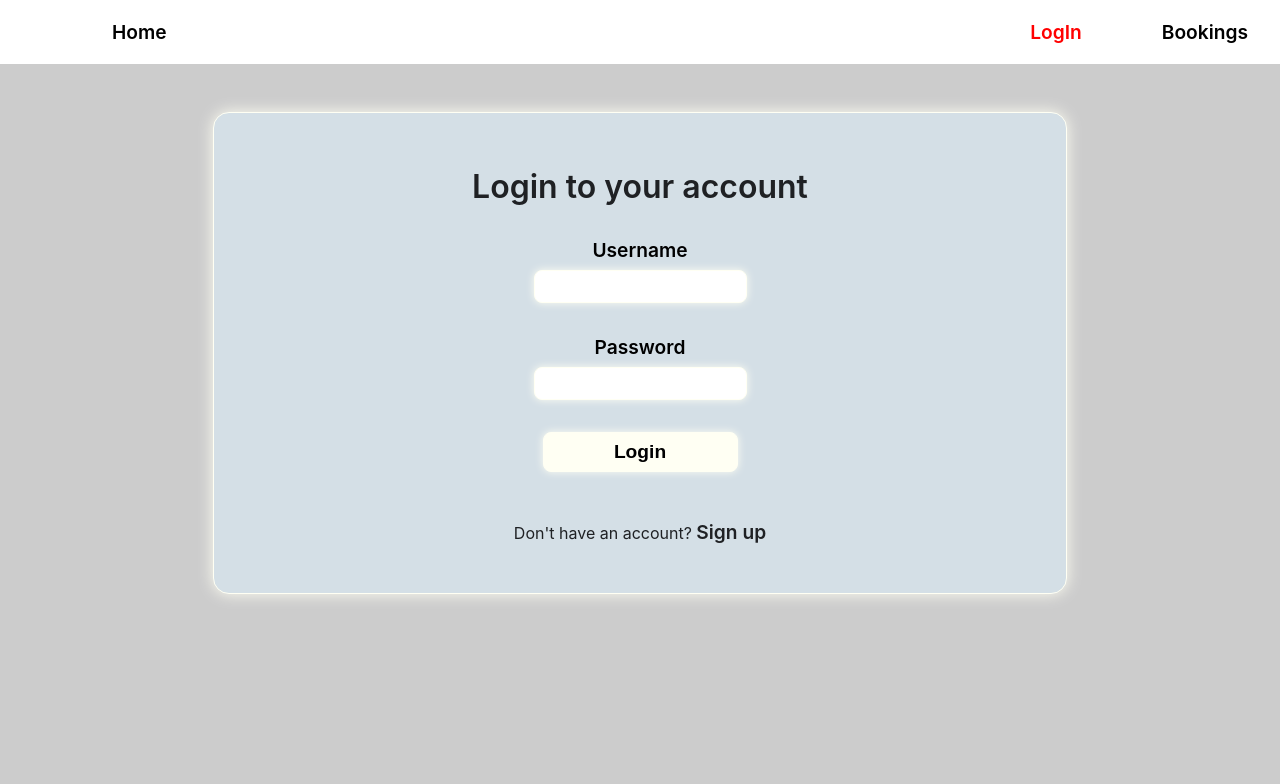
Repository: MikkyPrestige/fake-user-authentication
Page: /login
The author's editor kept a copy of each file at every save. The page is drawn from the files as they stood at one save, then again after the next save.
The browser window is 1280 px wide. The pictures show the whole page.
The project was rebuilt for these pictures with package versions that can differ from the ones it lists, and the page was loaded fresh each time. Also part of the build but not shown: src/assets/styles/home.css, src/components/home.jsx, src/assets/styles/booking.css, src/components/booking.jsx, src/components/fallBack.jsx, src/assets/styles/error.css, src/components/error.jsx, src/profile/signUp.jsx and 2 more.

Above is the page before, as saved 2022-11-24 05:54:29.

### src/index.css
body {
  margin: 0;
  font-family: -apple-system, BlinkMacSystemFont, 'Segoe UI', 'Roboto', 'Oxygen',
    'Ubuntu', 'Cantarell', 'Fira Sans', 'Droid Sans', 'Helvetica Neue',
    sans-serif;
  -webkit-font-smoothing: antialiased;
  -moz-osx-font-smoothing: grayscale;
  /* background-image: url(./assets/img/pattern_blue-1.jpg);
  background-repeat: no-repeat;
  background-size: cover;
  background-position: center;
  background-attachment: fixed; */
}

code {
  font-family: source-code-pro, Menlo, Monaco, Consolas, 'Courier New',
    monospace;
}

### src/App.jsx
import React from "react";
import { ErrorBoundary } from "react-error-boundary";
import { Route, Routes } from "react-router-dom";
import { Home, Navigation, Booking, FallBack, Error } from "./components";
import { Login, User, Logout, SignUp } from "./profile";
import RequireAuth from "./profile/context/require";
import { AuthProvider } from "./profile/context/auth";

function App() {
  return (
    <div className="App">
      <ErrorBoundary FallbackComponent={FallBack}>
        <Navigation />
        <AuthProvider>
        <Routes>
          <Route path="/" element={<Home />} />
          <Route path="/login">
            <Route index element={<Login />} />
          </Route>
          <Route path="/user" element={<RequireAuth><User /></RequireAuth>} />
          <Route path="/logout" element={<Logout />} />
          <Route path="/signUp" element={<SignUp />} />
          <Route path="/booking" element={<Booking />} />
          <Route path="*" element={<Error />} />
        </Routes>
        </AuthProvider>
      </ErrorBoundary>
    </div>
  );
}

export default App;

### src/components/index.js
export { default as Navigation } from "./navigation";
export { default as Home } from "./home";
export { default as Booking } from "./booking";
export { default as FallBack } from "./fallBack";
export { default as Error } from "./error";

### src/profile/index.js
export { default as Login } from "./login";
export { default as Logout } from "./logout";
export { default as SignUp } from "./signUp";
export { default as User } from "./user";

### src/profile/context/auth.jsx
// USER AUTHENTICATION CONTEXT
// This context is used to store the user authentication data and provide it to the rest of the application

import React, { createContext, useState, useContext } from "react";

// Create the context
const AuthContext = createContext({ user: {
  userName: "",
  email: "",
  password: "",
  confirmPassword: ""
} });

// Create the provider
const AuthProvider = ({ children }) => {

  // Create the state
  const [user, setUser] = useState({
    userName: "",
    email: "",
    password: "",
    confirmPassword: ""
  });

  // Login the user
  const login = (userName, password) => {
    setUser({
      userName,
      password
    });
  };

  // Sign up the user
  const signUp = (userName, password, email) => {
    setUser({
      userName,
      password,
      email
    });
  };

  // Logout the user
  const logout = () => {
    setUser({
      userName: "",
      email: "",
      password: "",
      confirmPassword: ""
    });
  };

  // Return the provider
  return (
    <AuthContext.Provider value={{ user, login, signUp, logout }}>
      {children}
    </AuthContext.Provider>
  );
};

// Create the hook
const useAuth = () => useContext(AuthContext);

// Export the provider and the hook
export { AuthProvider, useAuth };

// // Create the provider
// const AuthProvider = ({ children }) => {
//   // Create the state
//   const [user, setUser] = useState(null);

//   // Create the login function
//   const login = (user) => {
//     // Set the user
//     setUser(user);
//   };

//   // Create the logout function
//   const logout = () => {
//     // Set the user
//     setUser(null);
//   };

//   // Create sign up function
//   const signUp = (user) => {
//     // Set the user
//     setUser(user);
//   };

//   // Return the provider
//   return (
//     <AuthContext.Provider value={{ user, login, logout, signUp }}>
//       {children}
//     </AuthContext.Provider>
//   );
// };

// // Context hook
// const useAuth = () => useContext(AuthContext);

// // Export the context and provider
// export { AuthContext, AuthProvider, useAuth };

### src/components/navigation.jsx
// NAVIGATION COMPONENT

import React from "react";
import { NavLink } from "react-router-dom";
import "../assets/styles/navigation.css";

const Navigation = () => {
  return (
    <div className="navigation">
      <nav className="navigation__links">
        <div className="navigation--link">
          <NavLink
            style={({ isActive }) =>
              isActive ? { color: "red" } : { color: "black" }
            }
            to="/"
            className="navigation__link--item"
          >
            Home
          </NavLink>
        </div>
        <div className="navigation__link--wrapper">
          <NavLink
            style={({ isActive }) =>
              isActive ? { color: "red" } : { color: "black" }
            }
            to="/login"
            className="navigation__link--item"
          >
             LogIn
          </NavLink>
          <NavLink
            style={({ isActive }) =>
              isActive ? { color: "red" } : { color: "black" }
            }
            to="/booking"
            className="navigation__link--item"
          >
            Bookings
          </NavLink>
        </div>
      </nav>
    </div>
  );
};

export default Navigation;

### src/profile/login.jsx
// LOGIN COMPONENT - LOGIN PAGE
// This component is the login page for the application. It is a form that allows the user to enter their username and password.

import React, { useState } from "react";
import { useNavigate, useLocation } from "react-router-dom";
import { useAuth } from "./context/auth";
import "../assets/styles/login.css";

const Login = () => {
  const [userName, setUserName] = useState("");
  const [password, setPassword] = useState("");
  const [error, setError] = useState("");
  const auth = useAuth();
  const navigate = useNavigate();
  const location = useLocation();

  // Validate the form
  const validate = () => {
    if (!userName && !password) {
      setError("Please enter a username and password or email.");
      return false;
    } else if (userName === "") {
      setError("Please enter a username.");
      return false;
    } else if (password === "") {
      setError("Please enter a password.");
      return false;
    } else {
      return true;
    }
  };

  // Handle the form login
  const handleLogin = () => {
    if (validate()) {
      auth.login(userName, password);
      navigate(location.state?.from || "/user", { replace: true }); // Redirect the user to the user page after they login successfully.
    }
  };

  // Handle the form submit
  const handleSubmit = (e) => {
    e.preventDefault();
    console.log(userName, password);
    handleLogin();
  };

  // Handle the form change
  const handleChange = (e) => {
    const { name, value } = e.target;
    if (name === "user") {
      setUserName(value);
    } else if (name === "password") {
      setPassword(value);
    }
  };

  return (
    <div className="login">
      <div className="login__container">
      <h1 className="login__title">Login to your account</h1>
      <form onSubmit={handleSubmit} className="login__form">
        <label htmlFor="user" className="login__label">
          Username
        </label>
        <input
          type="text"
          name="user"
          value={userName}
          onChange={handleChange}
          className="login__input"
        />
        <label htmlFor="password" className="login__label">
          Password
        </label>
        <input
          type="password"
          name="password"
          value={password}
          onChange={handleChange}
          className="login__input"
        />
        <button type="submit" className="login__btn">
          Login
        </button>
      </form>
      <p className="login__error">{error}</p>
      <p className="login__links">
        Don't have an account?{" "}
        <a href="/signUp" className="login__link--item">
          Sign up
        </a>
      </p>
      </div>
    </div>
  );
};

export default Login;

### src/profile/logout.jsx
// LOGOUT COMPONENT:
// This component is for the logout page in the app

import { useEffect } from "react";
import { useNavigate } from "react-router-dom";
import { useAuth } from "./context/auth";

const Logout = () => {
  const auth = useAuth();
  const navigate = useNavigate();

  useEffect(() => {
    auth.logout();
    navigate("/");
  });

  return null;
};

export default Logout;

### src/assets/styles/navigation.css
.navigation {
  background-color: #fff;
  height: 4rem;
  position: fixed;
  top: 0;
  width: 100%;
  z-index: 100;
}

.navigation__links {
  display: flex;
  justify-content: space-between;
  align-items: center;
  height: 100%;
  padding: 0 2rem;
}

.navigation__link--item {
  font-size: 1.2rem;
  font-weight: 600;
  text-decoration: none;
}

.navigation--link {
  margin-left: 5rem;
}

.navigation__link--wrapper {
  display: flex;
  align-items: center;
  gap: 5rem;
}

### src/assets/styles/login.css
.login {
    background-color: #ccc;
    margin: 0 auto;
    padding: 2rem;
    height: 100vh;
}

.login__container {
    display: flex;
    flex-direction: column;
    justify-content: center;
    align-items: center;
    width: 70%;
    height: 30rem;
    margin: 5rem auto;
    background-color: #D4DfE6;
    border: 1px solid #FFFFF3;
    border-radius: 1rem;
    box-shadow: 0 0 1rem #FFFFF3;
}

.login__title {
    font-size: 2rem;
    font-weight: 600;
    color: #1F2124;
    margin-bottom: 2rem;
}

.login__form {
    display: flex;
    flex-direction: column;
    justify-content: center;
    align-items: center;
    gap: .5rem;
}

.login__label {
    font-size: 1.2rem;
    font-weight: 600;
}

.login__input {
    width: 100%;
    padding: 0.5rem;
    border: 1px solid #FFFFF3;
    border-radius: 0.5rem;
    box-shadow: 0 0 0.5rem #FFFFF3;
    margin-bottom: 1.5rem;
}

.login__input:focus {
    outline: none;
}

.login__btn {
    width: 100%;
    padding: 0.5rem;
    border: 1px solid #FFFFF3;
    border-radius: 0.5rem;
    box-shadow: 0 0 0.5rem #FFFFF3;
    background-color: #FFFFF3;
    font-size: 1.2rem;
    font-weight: 600;
    cursor: pointer;
}

.login__btn:hover {
    background-color: #D4DfE6;
}

.login__links {
  color: #1F2124;
  padding: 0 1rem;
}

.login__link--item {
  text-decoration: none;
  font-size: 1.2rem;
  font-weight: 600;
  color: #1F2124;
}

Loaded but not shown: public/index.html (common file); src/index.js (common file)

After the next save:
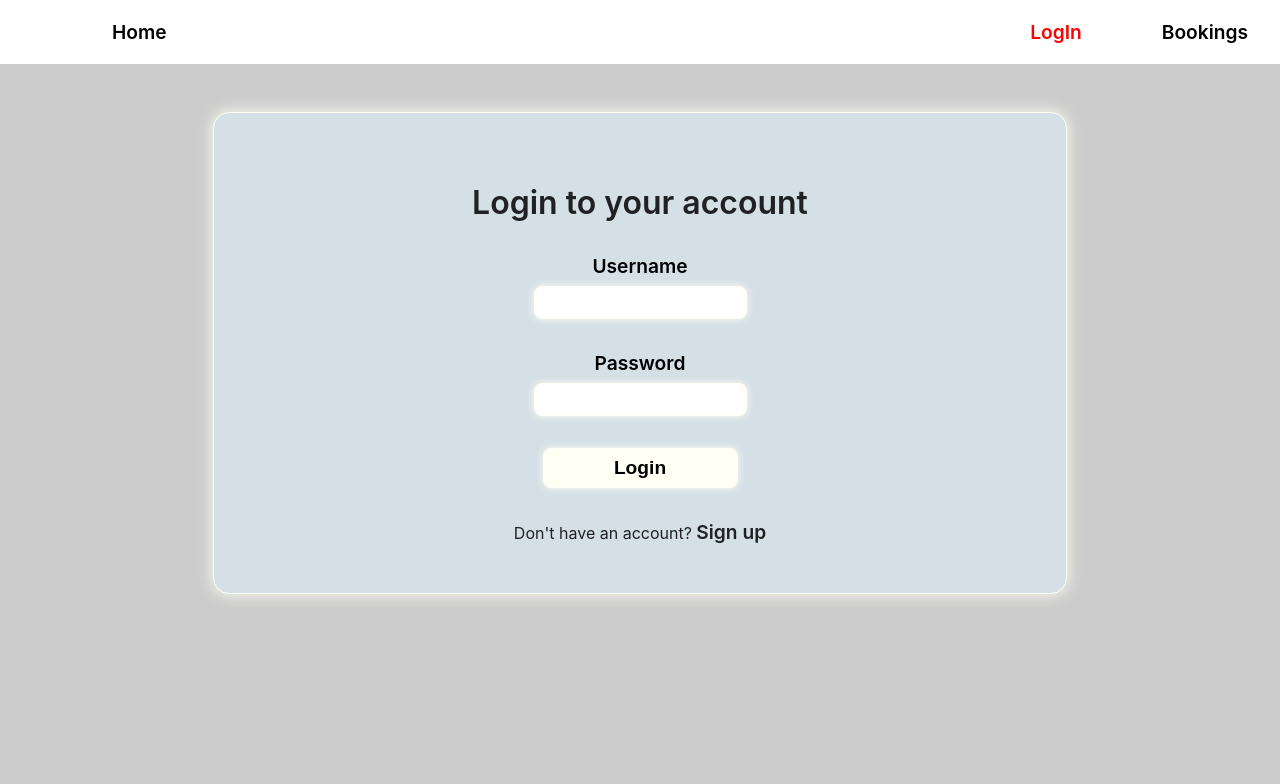
Saved 20 s later.
--- a/src/assets/styles/login.css
+++ b/src/assets/styles/login.css
@@ -70,7 +70,7 @@
 
 .login__links {
   color: #1F2124;
-  padding: 0 1rem;
+  margin: 0 1rem;
 }
 
 .login__link--item {

After the save that followed:
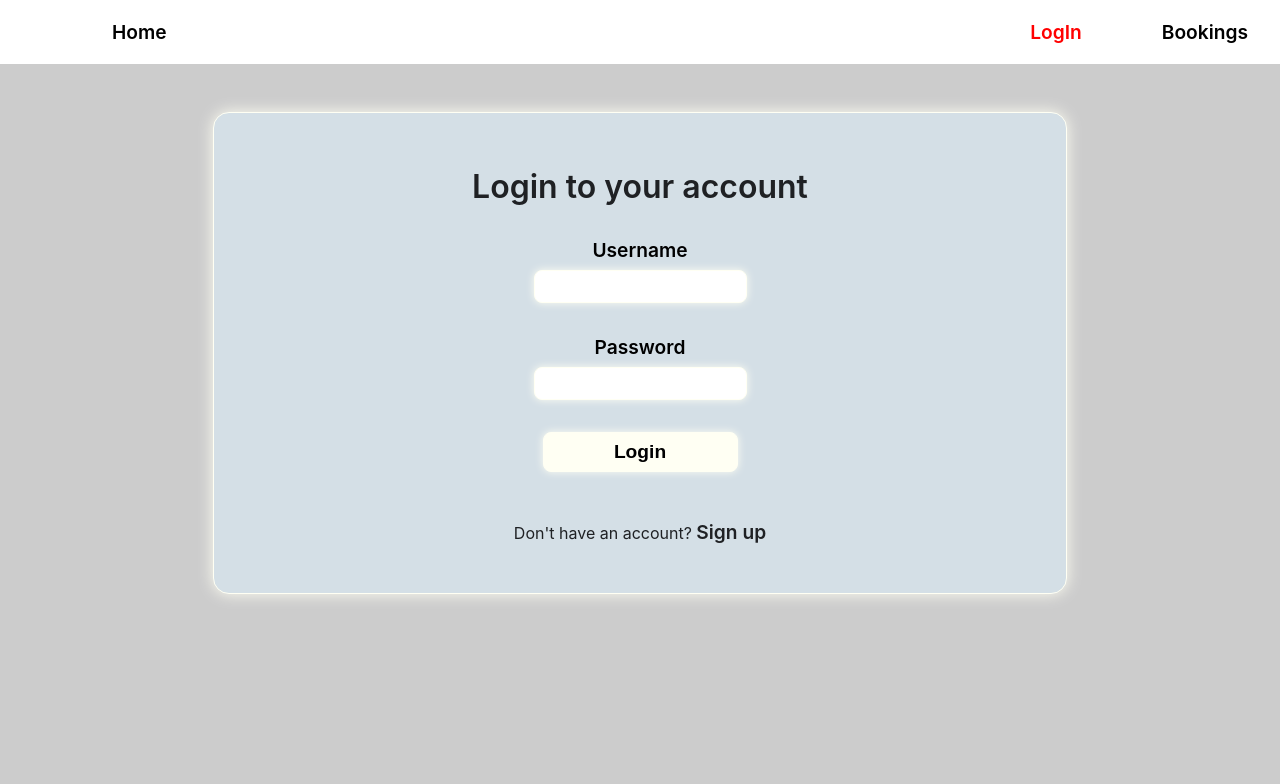
Saved 13 s later.
--- a/src/assets/styles/login.css
+++ b/src/assets/styles/login.css
@@ -70,7 +70,6 @@
 
 .login__links {
   color: #1F2124;
-  margin: 0 1rem;
 }
 
 .login__link--item {
